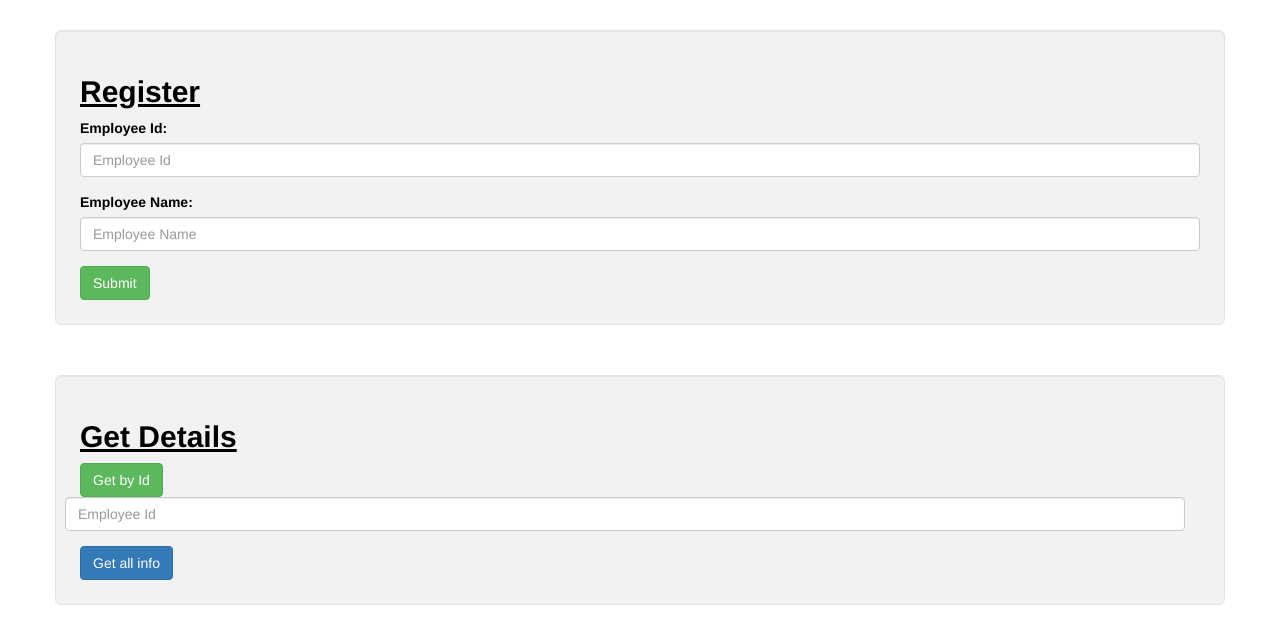
Repository: royakash07/FirstWebApplication
Page: http://localhost/SampleWebApplication/EmployeeProtal.jsp
These files come from the project's save history. The page is drawn as it stood at one moment and after the next save; the edit follows.
The browser window is 1280 px wide. The pictures show the whole page.
Some web libraries are served in a nearby version. The page is served by Tomcat 9. Nobody is signed in. The application's start-up code is not run. Other server files are loaded and not shown.

Above is the page before, as saved 2017-11-30 05:04:11.

### SampleWebApplication/WebContent/EmployeeProtal.jsp
<%@ page language="java" contentType="text/html; charset=ISO-8859-1"
    pageEncoding="ISO-8859-1"%>
<!DOCTYPE html PUBLIC "-//W3C//DTD HTML 4.01 Transitional//EN" "http://www.w3.org/TR/html4/loose.dtd">
<html>
<head>
<meta http-equiv="Content-Type" content="text/html; charset=ISO-8859-1">
<title>Portal</title>
  <meta charset="utf-8">
  <meta name="viewport" content="width=device-width, initial-scale=1">
  <link rel="stylesheet" href="https://maxcdn.bootstrapcdn.com/bootstrap/3.3.7/css/bootstrap.min.css">
  <script src="https://ajax.googleapis.com/ajax/libs/jquery/3.2.1/jquery.min.js"></script>
  <script src="https://maxcdn.bootstrapcdn.com/bootstrap/3.3.7/js/bootstrap.min.js"></script>
<style>
.well
{
color:black;
background-color:#F2F2F2;
}

</style>
</head>
<body>
<div style="padding: 30px">
<div class="container well well-lg" >
<h2><strong><u>Register</u></strong></h2>
<form action="Submit" method="post">
<div class="form-group">
  <label for="EmployeeId">Employee Id:</label>
  <input type="text" class="form-control" name="EmployeeId" placeholder="Employee Id" >
  </div>
  <div class="form-group">
  <label for="Name">Employee Name:</label>
  <input type="text" class="form-control" name="Name" placeholder="Employee Name">
  </div>
  <input type="submit"class="btn btn-success" value="Submit">
</form>
</div>
</div>
<div class="container well well-lg">
<h2><strong><u>Get Details</u></strong></h2>
	<button type="button" class="btn btn-success" value="getDetailsById">Get by Id</button>
	<input type="text" class="form-control form-group row" placeholder="Employee Id">
	<button type="button" class="btn btn-primary" value="getAllDetails">Get all info</button>
</div>
</body>
</html>

After the next save:
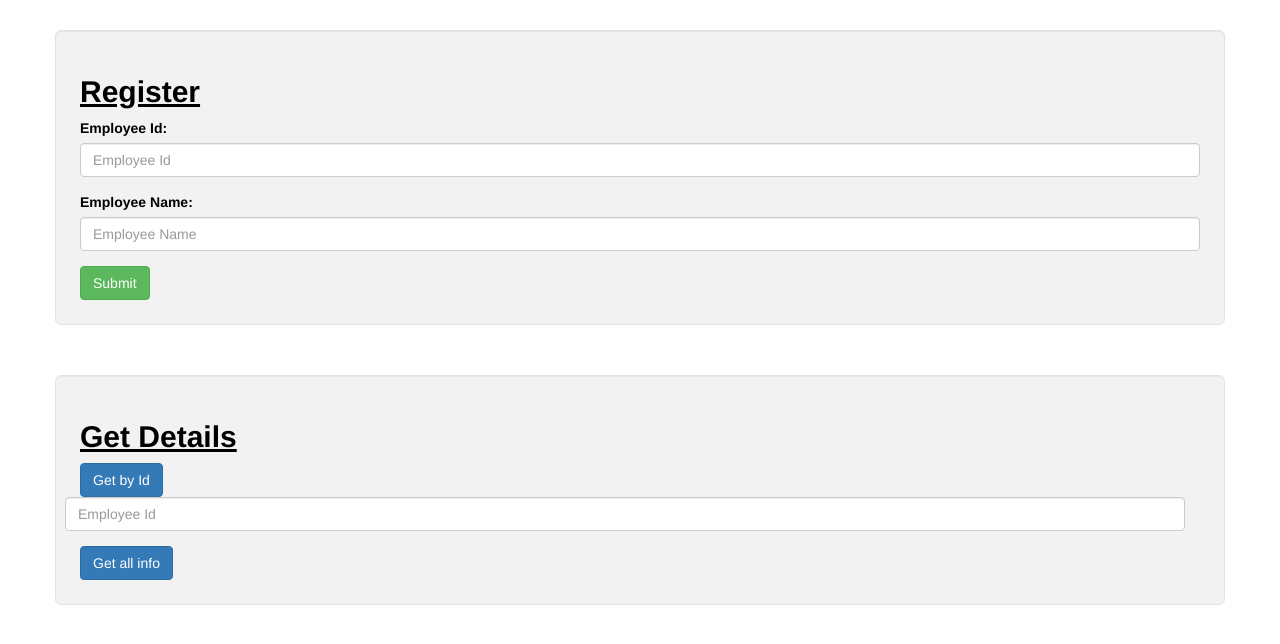
Saved 17 s later.
--- a/SampleWebApplication/WebContent/EmployeeProtal.jsp
+++ b/SampleWebApplication/WebContent/EmployeeProtal.jsp
@@ -38,7 +38,7 @@ background-color:#F2F2F2;
 </div>
 <div class="container well well-lg">
 <h2><strong><u>Get Details</u></strong></h2>
-	<button type="button" class="btn btn-success" value="getDetailsById">Get by Id</button>
+	<button type="button" class="btn btn-primary" value="getDetailsById">Get by Id</button>
 	<input type="text" class="form-control form-group row" placeholder="Employee Id">
 	<button type="button" class="btn btn-primary" value="getAllDetails">Get all info</button>
 </div>
